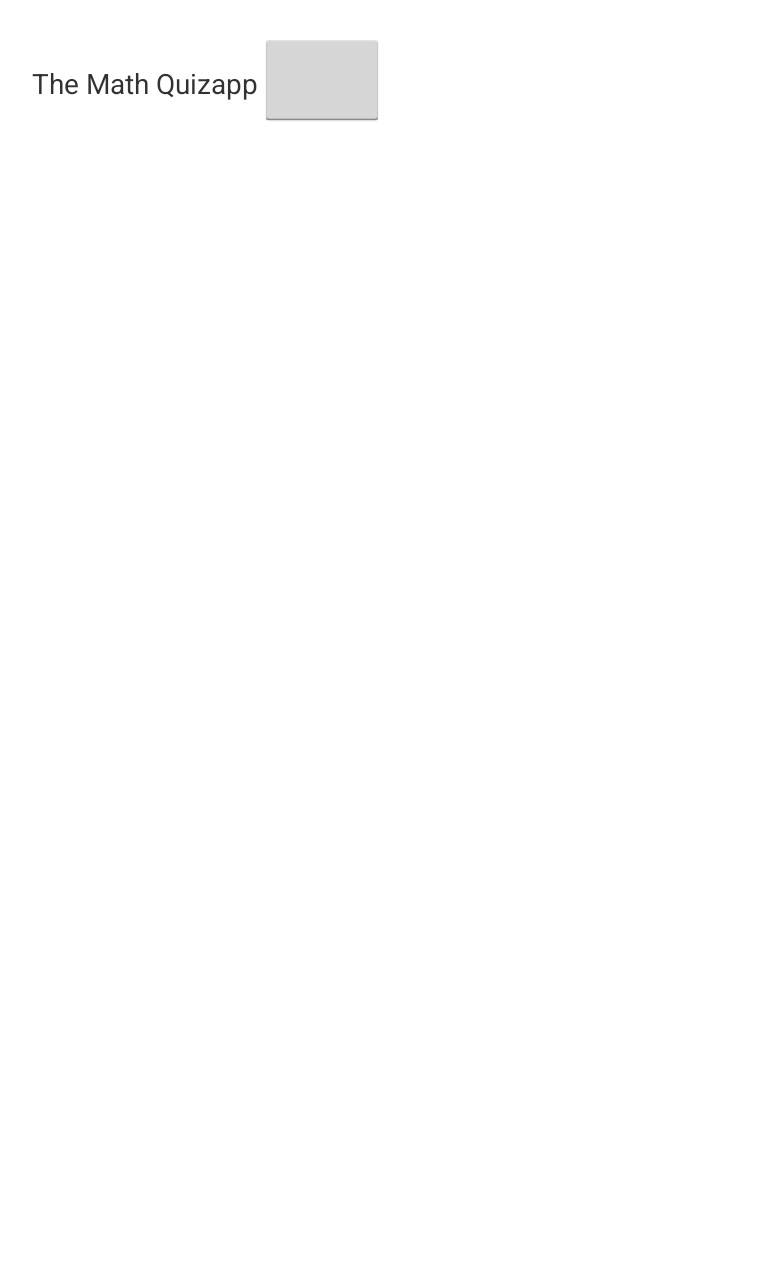
Repository: l2y/MathQuizApp
Layout: MathQuiz/res/layout/activity_start.xml
The author's editor kept a copy of each file at every save. The layout is drawn from the files as they stood at one save, then again after the next save.
It is drawn on a 768 x 1280 px phone screen (xhdpi) without system bars, with theme AppTheme; the app's code is not run.

Above is the layout before, as saved 2014-04-08 00:36:37.

### MathQuiz/res/layout/activity_start.xml
<LinearLayout xmlns:android="http://schemas.android.com/apk/res/android"
    xmlns:tools="http://schemas.android.com/tools"
    android:layout_width="match_parent"
    android:layout_height="match_parent"
    android:paddingBottom="@dimen/activity_vertical_margin"
    android:paddingLeft="@dimen/activity_horizontal_margin"
    android:paddingRight="@dimen/activity_horizontal_margin"
    android:paddingTop="@dimen/activity_vertical_margin"
    tools:context=".StartActivity" >

    <TextView
        android:layout_width="wrap_content"
        android:layout_height="wrap_content"
        android:text="@string/title" />

    <Button
        android:layout_width="wrap_content"
        android:layout_height="wrap_content" />

</LinearLayout>

### MathQuiz/res/values/strings.xml
<?xml version="1.0" encoding="utf-8"?>
<resources>

    <string name="app_name">Brain Up Mathematics</string>
    <string name="action_settings">Settings</string>
    <string name="title">The Math Quizapp</string>
    <string name="title_activity_quiz">QuizActivity</string>
    <string name="holder_equation">9 x 9 = ?</string>

</resources>

Loaded but not shown: MathQuiz/res/values/styles.xml (common file); MathQuiz/res/values-v11/styles.xml (common file); MathQuiz/res/values-v14/styles.xml (common file); MathQuiz/res/values/dimens.xml (common file)

After the next save:
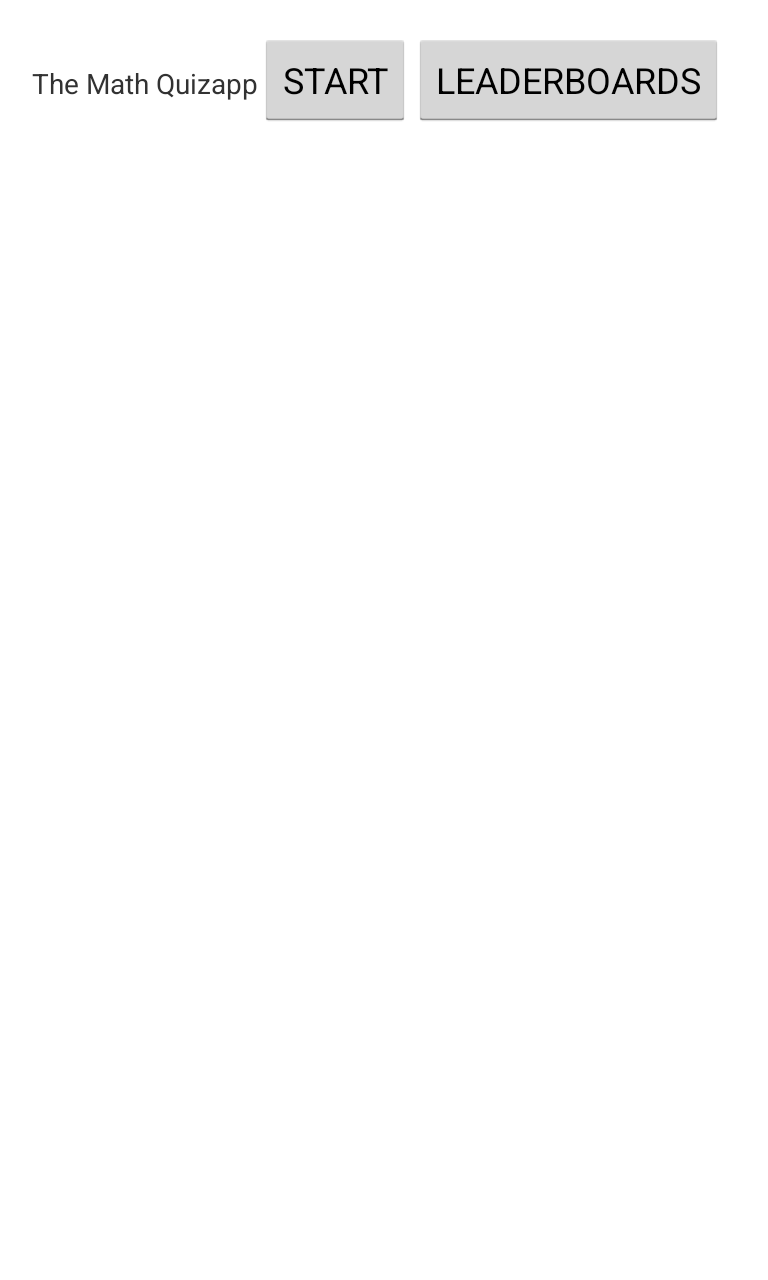
Saved 53 s later.
--- a/MathQuiz/res/layout/activity_start.xml
+++ b/MathQuiz/res/layout/activity_start.xml
@@ -15,6 +15,12 @@
 
     <Button
         android:layout_width="wrap_content"
-        android:layout_height="wrap_content" />
+        android:layout_height="wrap_content"
+        android:text="START"/>
+
+    <Button
+        android:layout_width="wrap_content"
+        android:layout_height="wrap_content"
+        android:text="LEADERBOARDS"/>
 
 </LinearLayout>
